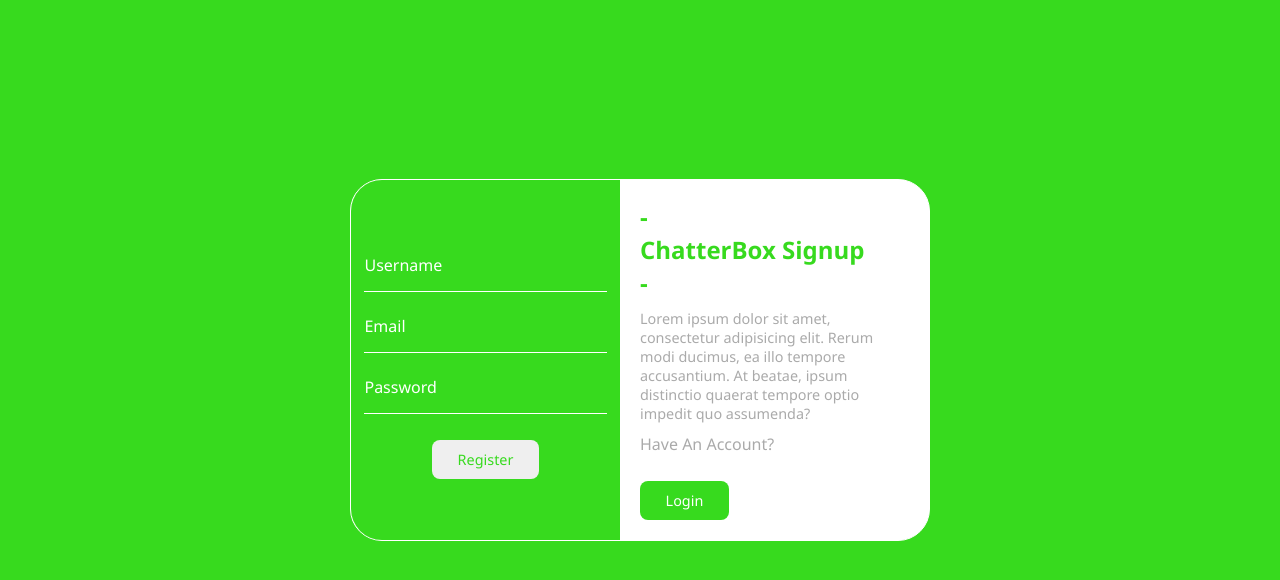
Repository: Habeebur1493/social-media-app
Page: /signup
The author's editor kept a copy of each file at every save. The page is drawn from the files as they stood at one save, then again after the next save.
The browser window is 1280 px wide. The pictures show the whole page.
The project was rebuilt for these pictures with package versions that can differ from the ones it lists, and the page was loaded fresh each time. Also part of the build but not shown: vite.config.js, src/pages/login/login.css, src/pages/login/Login.jsx.

Above is the page before, as saved 2025-01-28 02:17:14.

After the next save:
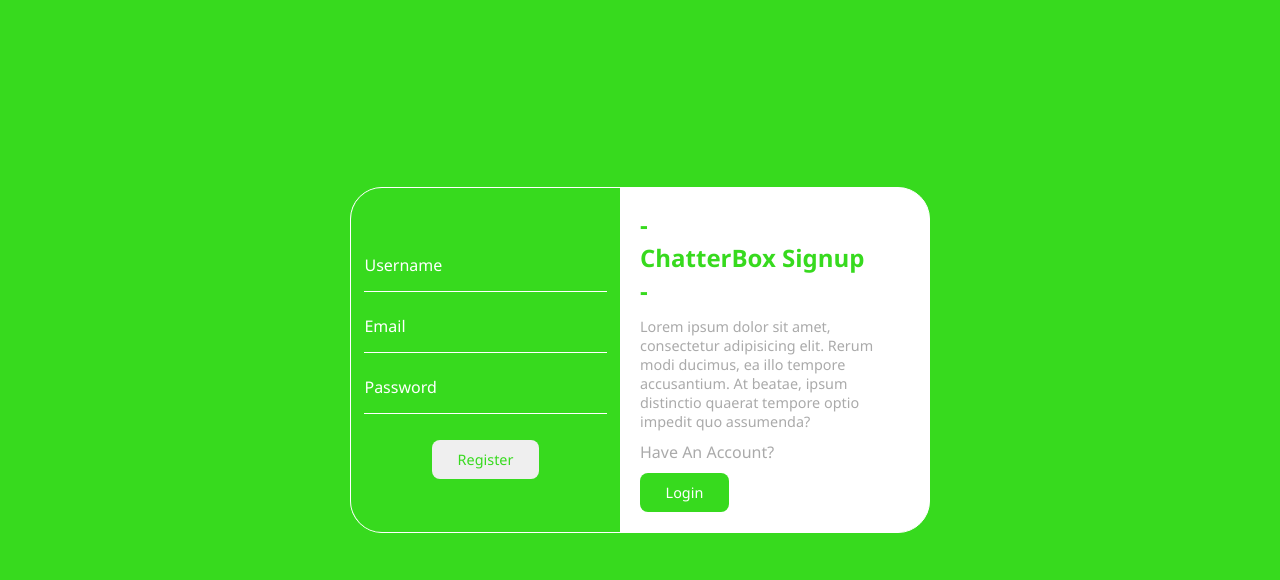
Saved 14 s later.
--- a/src/pages/signup/signup.css
+++ b/src/pages/signup/signup.css
@@ -66,7 +66,7 @@
     font-size: 1rem;
     text-transform: capitalize;
 }
-.signup .btn{
+.signup form .btn{
  color: var(--color-primary);
  margin-top: 1rem;
 }
